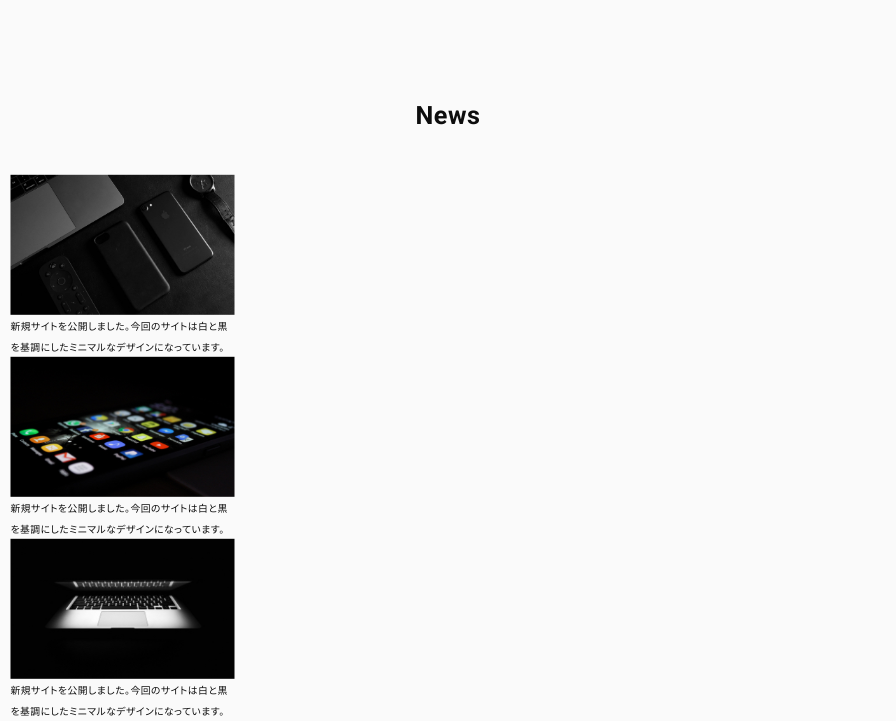
Repository: hatarakimono-kumasan/kurisuta_1st
Page: index.html
An editor plug-in stored every save of this project. The page is shown before and after the next save, followed by the edit.
The browser window is 1280 px wide. The pictures show the part of the page from y = 3564 to 5484 px (the page is 4594 px tall before and 6070 px after), at 70% of full size.
Some web libraries are served in a nearby version. The style sheet was rebuilt from its Sass, Less or Tailwind sources for each picture, by a compiler version that may differ from the author's.

Above is the page before, as saved 2020-05-15 09:10:25.

### index.html
<!DOCTYPE html>
<html lang="en">
	<head>
		<meta charset="UTF-8" />
		<meta name="viewport" content="width=device-width, initial-scale=1.0" />
		<meta http-equiv="X-UA-Compatible" content="ie=edge" />
		<title>Cresta.design</title>
		<meta name="keywords" content="カンマ区切りで10個以内推奨" />
		<meta name="description" content="120文字以内" />
		<meta property="og:title" content="このページのタイトル" />
		<meta property="og:type" content="TOPページはwebsite、子ページはarticle" />
		<meta property="og:url" content="このページのURL" />
		<meta property="og:image" content="1200×630以上推奨、絶対パスで指定" />
		<meta property="og:site_name" content="サイト名" />
		<meta property="og:description" content="80〜90文字推奨" />
		<meta name="twitter:card" content="summary or summary_large_image" />
		<meta name="twitter:site" content="@ユーザー名" />
		<meta name="format-detection" content="telephone=no" />
		<!-- <link rel="shortcut icon" sizes="16x16" href="ファビコン" />
		<link rel="apple-touch-icon" sizes="192x192" href="タッチアイコン" />
		<link rel="shortcut icon" sizes="192x192" href="タッチアイコン" /> -->
		<meta name="last-modified" content="Sun, 29 Dec 2019 20:30:30 GMT" />
		<link
			href="https://use.fontawesome.com/releases/v5.6.1/css/all.css"
			rel="stylesheet"
		/>
		<link rel="stylesheet" href="style.css" />
		<script
			src="https://code.jquery.com/jquery-3.4.1.min.js"
			integrity="sha256-CSXorXvZcTkaix6Yvo6HppcZGetbYMGWSFlBw8HfCJo="
			crossorigin="anonymous"
		></script>
	</head>
	<body>
		<!-- header -->
		<header class="header">
			<h1 class="site-title"><a href="./">クリ★スタ</a></h1>
			<div class="nav-wrapper">
				<nav class="header-nav">
					<ul class="nav-list">
						<li class="nav-item"><a href="#about">About</a></li>
						<li class="nav-item"><a href="#service">Service</a></li>
						<li class="nav-item"><a href="#news">News</a></li>
						<li class="nav-item"><a href="#contact">Contact</a></li>
					</ul>
				</nav>
			</div>
			<button class="burger-btn">
				<span class="bars">
					<span class="bar bar_top"></span>
					<span class="bar bar_mid"></span>
					<span class="bar bar_bottom"></span>
				</span>
			</button>
		</header>
		<!-- //header -->

		<!--first view-->
		<div class="first_view">
			<img src="img/fv-bgi_sp@2x.jpg" alt="サイトイメージ" />
			<p>Cresta Design.</p>
		</div>
		<!--//first view-->

		<main>
			<!--about-->
			<section class="about" id="about">
				<h2>About</h2>
				<h3>
					ミニマルで<br />
					洗練されたデザインを。
				</h3>
				<p>
					近年、ミニマルなデザインが流行しています。そこで弊社では、クライアント企業様新規サービス等の課題に対してミニマルで洗練されたデザインを実現させることで解決のサポートを致します。もちろん全てのサービスにおいてミニマルなデザインが課題解決になるわけではないので、課題や今後のサービスの展開等しっかりとヒアリングを行なった上でご提案させて頂きます。
				</p>
			</section>
			<!--//about-->

			<!--service-->
			<section class="service" id="service">
				<h2>Service</h2>
				<h3>リリース時のサポートで サービスのブランディングを</h3>
				<p>
					弊社では、リリース時もサポートさせて頂きます。プレスリリース用のサイトや動画制作を通して、サービスのブランディングを行わせて頂きます。
				</p>
				<img src="/img/service-image@2x.jpg" alt="サービス" />
				<h3>リリース後のサポートで 効果を最大化させる</h3>
				<p>
					弊社では、リリース後もサポートさせて頂きます。サービスはリリース後に様々な課題にぶつかります。そこでクライアント様と一緒に改善を行うことで、デザインの効果を最大化させます。
				</p>
				<img src="/img/service-image02@2x.jpg" alt="サービス" />
			</section>
			<!--//service-->

			<!--news-->
			<section class="news" id="news">
				<h2>News</h2>
				<div class="news_card_wrapper">
					<div class="news_card">
						<img
							class="card-img"
							src="img/card-image1@2x.jpg"
							alt="newsイメージ"
						/>
						<div class="card-content">
							<p class="card-text">
								新規サイトを公開しました。今回のサイトは白と黒を基調にしたミニマルなデザインになっています。
							</p>
						</div>
						<!--//card-content-->
					</div>
					<!--//news_card-->
					<div class="news_card">
						<img
							class="card-img"
							src="img/card-image2@2x.jpg"
							alt="newsイメージ"
						/>
						<div class="card-content">
							<p class="card-text">
								新規サイトを公開しました。今回のサイトは白と黒を基調にしたミニマルなデザインになっています。
							</p>
						</div>
						<!--//card-content-->
					</div>
					<!--//news_card-->
					<div class="news_card">
						<img
							class="card-img"
							src="img/card-image3@2x.jpg"
							alt="newsイメージ"
						/>
						<div class="card-content">
							<p class="card-text">
								新規サイトを公開しました。今回のサイトは白と黒を基調にしたミニマルなデザインになっています。
							</p>
						</div>
						<!--//card-content-->
					</div>
					<!--//news_card-->
				</div>
				<!--//news_card_wrapper-->
			</section>
			<!--//news-->
		</main>
		<script src="drawer.js"></script>
	</body>
</html>

### drawer.js
$(".burger-btn").on("click", function () {
	//.btn_triggerをクリックすると
	$(".burger-btn").toggleClass("close"); //.btn_triggerにcloseクラスを付与(ボタンのアニメーション)
	$(".nav-wrapper").fadeToggle(500); //.nav-wrapperが0.5秒でフェードイン(メニューのフェードイン)
	$("body").toggleClass("noscroll"); //bodyにnoscrollクラスを付与(スクロールを固定)
});

if ($(window).width() < 768) {
	//デバイスの幅が768以下のとき
	$(".nav-item>a").on("click", function () {
		//.nav-item>aをクリックすると
		$(".nav-wrapper").fadeOut(500); //.nav-wrapperが0.5秒でフェードアウト(メニューのフェードアウト)
		$(".burger-btn").removeClass("close"); //.btn_triggerのcloseクラスを削除
		$("body").removeClass("noscroll"); //bodyのnoscrollクラスを削除
	});
}

### style.scss
/* ======================================
Foundation
====================================== */

@import "scss/foundation/reset";
@import "scss/foundation/mixin";
@import "scss/foundation/settings";
@import "scss/foundation/base";

/* ======================================
Layout
====================================== */

@import "scss/layout/header";
// @import 'layout/nav';
@import "scss/layout/main";
// @import 'layout/footer';

/* ======================================
Object
====================================== */

/**
Component
----------------------------------- */

// @import 'object/component/';

/**
Project
----------------------------------- */

// @import 'object/project/';

/**
Utility
----------------------------------- */
// @import 'object/utility/';

### scss/foundation/_reset.scss
html,
body,
div,
span,
object,
iframe,
h1,
h2,
h3,
h4,
h5,
h6,
p,
blockquote,
pre,
abbr,
address,
cite,
code,
del,
dfn,
em,
img,
ins,
kbd,
q,
samp,
small,
strong,
sub,
sup,
var,
b,
i,
dl,
dt,
dd,
ol,
ul,
li,
fieldset,
form,
label,
legend,
table,
caption,
tbody,
tfoot,
thead,
tr,
th,
td,
article,
aside,
canvas,
details,
figcaption,
figure,
footer,
header,
hgroup,
menu,
nav,
section,
summary,
time,
mark,
audio,
video {
	margin: 0;
	padding: 0;
	border: 0;
	outline: 0;
	font-size: 100%;
	vertical-align: baseline;
	background: transparent;
}
body {
	line-height: 1;
}
article,
aside,
details,
figcaption,
figure,
footer,
header,
hgroup,
menu,
nav,
section,
main {
	display: block;
}
ol,
ul {
	list-style: none;
}
blockquote,
q {
	quotes: none;
}
blockquote:before,
blockquote:after,
q:before,
q:after {
	content: "";
	content: none;
}
a {
	margin: 0;
	padding: 0;
	font-size: 100%;
	vertical-align: baseline;
	background: transparent;
}
ins {
	background-color: #ff9;
	color: #333;
	text-decoration: none;
}
mark {
	background-color: #ff9;
	color: #333;
	font-style: italic;
	font-weight: bold;
}
del {
	text-decoration: line-through;
}
abbr[title],
dfn[title] {
	border-bottom: 1px dotted;
	cursor: help;
}
table {
	border-collapse: collapse;
	border-spacing: 0;
}
hr {
	display: block;
	height: 1px;
	border: 0;
	border-top: 1px solid #cccccc;
	margin: 1em 0;
	padding: 0;
}
input,
select {
	vertical-align: middle;
}

### scss/foundation/_mixin.scss
/*================================================= mixin (mobile to pc)
=================================================*/
$tab: 768px;
$lap: 1024px;
$pc: 1200px;

@mixin tab {
	@media screen and (min-width: ($tab)) {
		@content;
	}
}

@mixin lap {
	@media screen and (min-width: ($lap)) {
		@content;
	}
}

@mixin pc {
	@media screen and (min-width: ($pc)) {
		@content;
	}
}

/*================================================= トラッキング(letter-spacing)のmixin
=================================================*/
@mixin tracking($tracking) {
	letter-spacing: ($tracking / 1000) + em;
}

// 利用するとき
//   p {
//    @include tracking(16);
//   }

### scss/foundation/_settings.scss
/*
font
------------------------------------------*/
@import url("https://fonts.googleapis.com/css2?family=Roboto:wght@400;700&display=swap");
@import url("https://fonts.googleapis.com/css2?family=Noto+Sans+JP:wght@700&display=swap");
body {
	font-family: Roboto, "Noto Sans JP", 游ゴシック, "Yu Gothic", 游ゴシック体,
		YuGothic, "ヒラギノ角ゴ Pro W3", "Hiragino Kaku Gothic Pro", "Meiryo UI",
		メイリオ, Meiryo, sans-serif;
	font-size: medium;
	letter-spacing: 0.05em;
	word-break: break-all;
}
h1,
h2,
h3,
h4,
h5,
strong {
	font-weight: bold;
}

/*フォントサイズ
https://websemantics.uk/tools/responsive-font-calculator/
-------------------------------------------------*/
html {
	font-size: 62.5%;
}
body {
	font-size: 1.6rem; /* 16px*/
	line-height: 2;
}
h1 {
	font-size: 26px; /* IE8以下とAndroid4.3以下用フォールバック */
	font-size: 2.6rem;
	line-height: calc(24 / 36);
	font-family: Roboto;
}
h2 {
	font-size: 36px; /* IE8以下とAndroid4.3以下用フォールバック */
	font-size: 3.6rem;
	line-height: calc(24 / 36);
	font-family: Roboto;
	text-align: center;
}
h3 {
	font-size: 20px; /* IE8以下とAndroid4.3以下用フォールバック */
	font-size: 2rem;
	line-height: calc(40 / 20);
	font-family: "Noto Sans JP";
}
p {
	font-size: 14px; /* IE8以下とAndroid4.3以下用フォールバック */
	font-size: 1.4rem;
	line-height: calc(30 / 14);
	font-family: "Noto Sans JP";
	@include tracking(50);
}

### scss/foundation/_base.scss
/*
Base
---------------------------------------------- */
html {
	box-sizing: border-box;
	height: 100%;
}
*,
*:before,
*:after {
	box-sizing: inherit;
}
body {
	height: 100%;
	font-feature-settings: "palt";
	color: #0d0d0d;
	background-color: #fafafa;
}
img {
	max-width: 100%;
	height: auto;
	vertical-align: bottom;
}
a {
	color: inherit;
}
input,
textarea {
	font-family: inherit;
	font-size: 100%;
}

### scss/layout/_header.scss
// body {
// 	color: #141414;
// 	font-size: 1.4rem;
// 	line-height: 1.8;
// 	letter-spacing: 0.05em;

// 	font-family: "Roboto", sans-serif, "Noto Sans JP", sans-serif;
// }
.noscroll {
	overflow: hidden;
}
/* img {
	width: 100%;
	vertical-align: bottom;
} */
a {
	text-decoration: none;
	color: #fff;
}
// .section-title {
// 	font-size: 3.6rem;
// 	font-weight: bold;
// 	text-align: center;
// 	letter-spacing: 0.05em;
// 	margin-bottom: 70px;
// }
// h3 {
// 	font-size: 2.4rem;
// 	font-weight: bold;
// 	line-height: 2;
// 	letter-spacing: 0.1em;
// 	margin-bottom: 40px;
// }
// .section-wrapper {
// 	padding: 100px 10% 50px;
// }

/* ------------------ */
/* header */
/* ------------------ */
.header {
	background-color: #1b1310;
	color: #fff;
	height: 74px;
	display: flex;
	justify-content: space-between;
	align-items: center;
	padding: 0 120px;
	border-bottom: 1px solid #fff;
}
.nav-list {
	/* navの横並び */
	display: flex;
}
.nav-item {
	/* メニューの右側に余白 */
	margin-right: 55px;
}
.burger-btn {
	display: none;
}

@media screen and (max-width: 768px) {
	/* ----------------------- */
	/* base_sp
/* ----------------------- */

	// h3 {
	// 	font-size: 2rem;
	// 	margin-bottom: 30px;
	// }
	// .section-wrapper {
	// 	padding: 100px 5% 50px;
	// }
	/* ------------------ */
	/* humberger-menu */
	/* ------------------ */
	.header {
		padding: 0 5%;
	}
	.burger-btn {
		display: block;
		width: 39px;
		height: 39px;
		position: relative;
		z-index: 3;
		/*   codepenの挙動のため */
		background-color: transparent;
		border: none;
	}
	.bar {
		width: 20px;
		height: 1px;
		display: block;
		position: absolute;
		left: 50%;
		transform: translateX(-50%);
		background-color: #fff;
	}
	.bar_top {
		top: 10px;
	}
	.bar_mid {
		top: 50%;
		transform: translate(-50%, -50%);
	}
	.bar_bottom {
		bottom: 10px;
	}
	.burger-btn.close .bar_top {
		transform: translate(-50%, 10px) rotate(45deg);
		transition: transform 0.3s;
	}
	.burger-btn.close .bar_mid {
		opacity: 0;
		transition: opacity 0.3s;
	}
	.burger-btn.close .bar_bottom {
		transform: translate(-50%, -8px) rotate(-45deg);
		transition: transform 0.3s;
	}
	.nav-wrapper {
		display: none;
		width: 100vw;
		height: 100vh;
		position: fixed;
		top: 0;
		left: 0;
		z-index: 2; /*キービジュアルと.btn_triggerとの重なりの前後関係を調整*/
	}
	.header-nav {
		width: 100%;
		height: 100%;
		background-color: #1b1310;
		z-index: 2;
	}
	.header-nav .nav-list {
		display: block;
		position: absolute;
		top: 50%;
		left: 50%;
		transform: translate(-50%, -50%);
		text-align: center;
	}
	.header-nav .nav-item {
		margin-right: 0;
		margin-bottom: 40px;
	}
}

### scss/layout/_main.scss
/*=======================================
first view
=========================================*/
.first_view {
	width: 100%;
	position: relative;

	img {
		min-width: 100%;
	}
	p {
		width: 300px;
		height: 100px;
		border: #fff 2px solid;
		color: #fff;
		position: absolute;
		transform: translateY(-50%);
		font-size: 3rem;
		top: 50%;
		left: 50%;
		text-align: center;
		transform: translate(-50%, -50%);
		line-height: 100px;
	}
}

/*=============================================
all
===============================================*/
main {
	width: calc(100% - 30px);
	margin: auto;
	margin-top: 10rem;
	margin-bottom: 5rem;
}
.about,
.service,
.news {
	width: 100%;
	margin-bottom: 15rem;
	h2 {
		margin-bottom: 7.3rem;
	}
	h3 {
		margin-bottom: 3.1rem;
	}
}

/*=============================================
about
===============================================*/

/*=============================================
service
===============================================*/
.service {
	img {
		margin: 4rem 0 5.1rem;
	}
}

/*=============================================
news
===============================================*/
.news {
	.news_card_wrapper {
		.news_card {
			width: 320px;
		}
	}
}

After the next save:
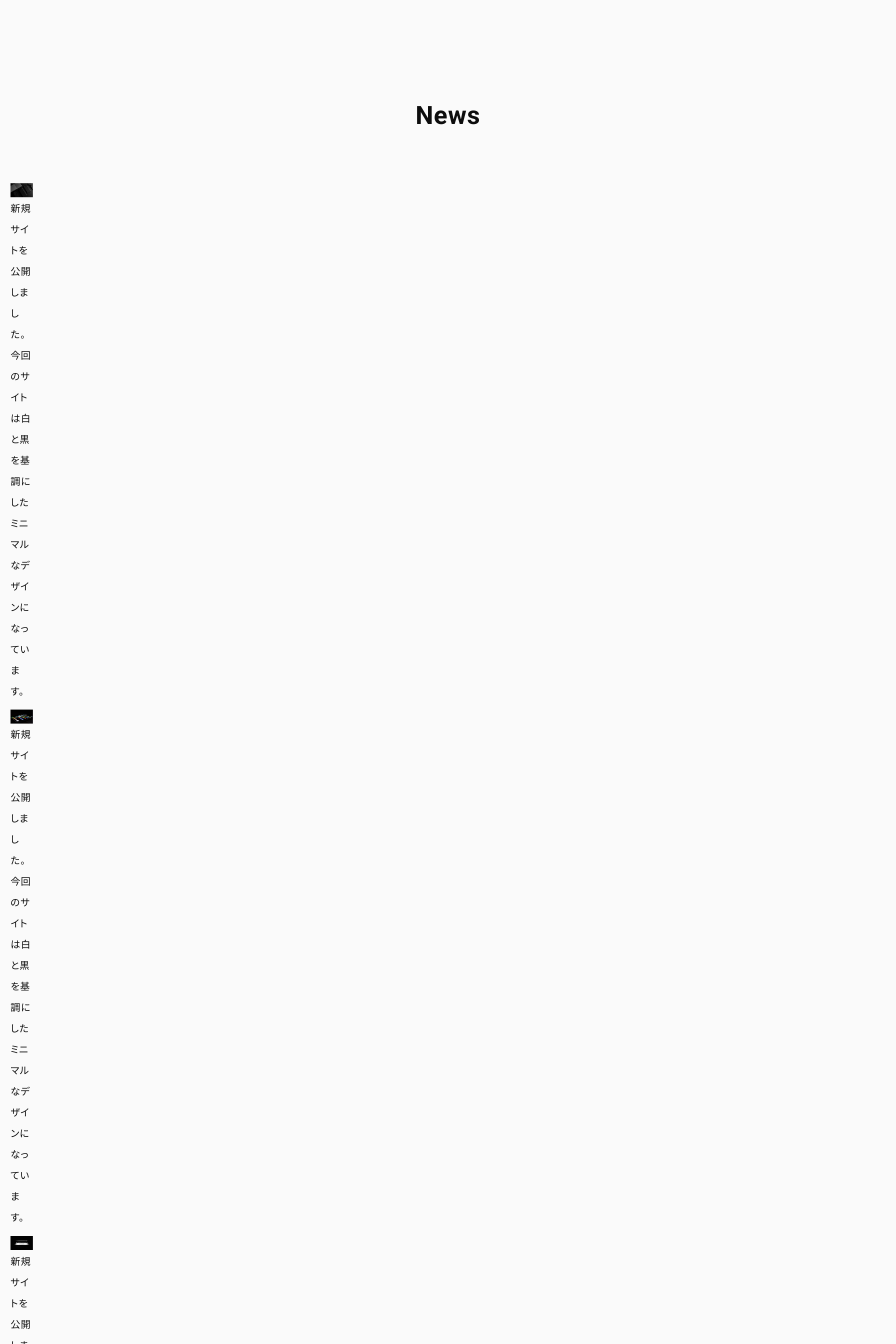
Saved 16 s later.
--- a/scss/layout/_main.scss
+++ b/scss/layout/_main.scss
@@ -65,7 +65,7 @@
 .news {
 	.news_card_wrapper {
 		.news_card {
-			width: 320px;
+			width: 3.2rem;
 		}
 	}
 }

After the save that followed:
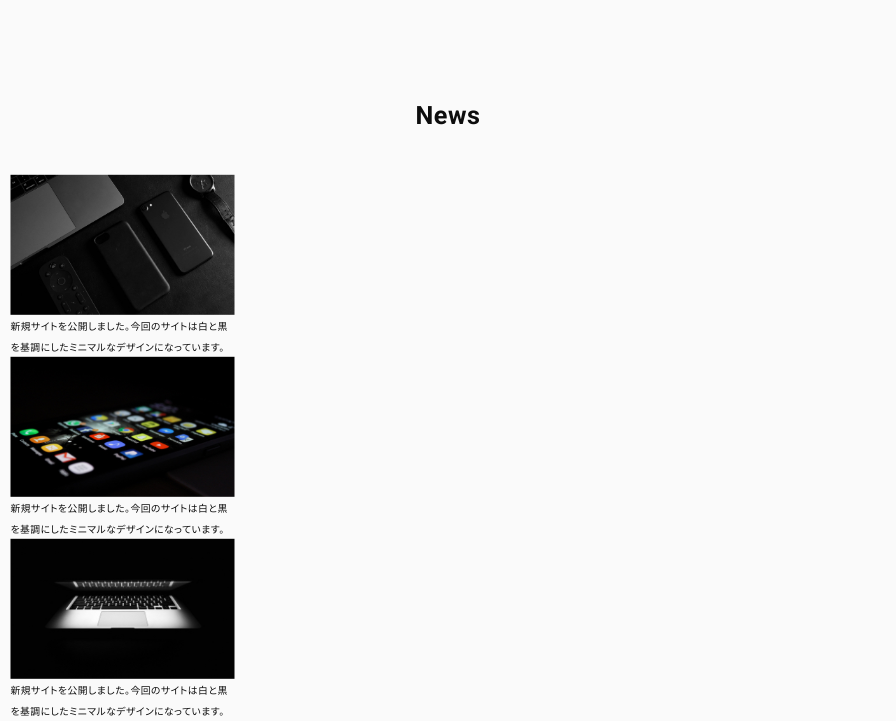
Saved 14 s later.
--- a/scss/layout/_main.scss
+++ b/scss/layout/_main.scss
@@ -65,7 +65,7 @@
 .news {
 	.news_card_wrapper {
 		.news_card {
-			width: 3.2rem;
+			width: 32rem;
 		}
 	}
 }
